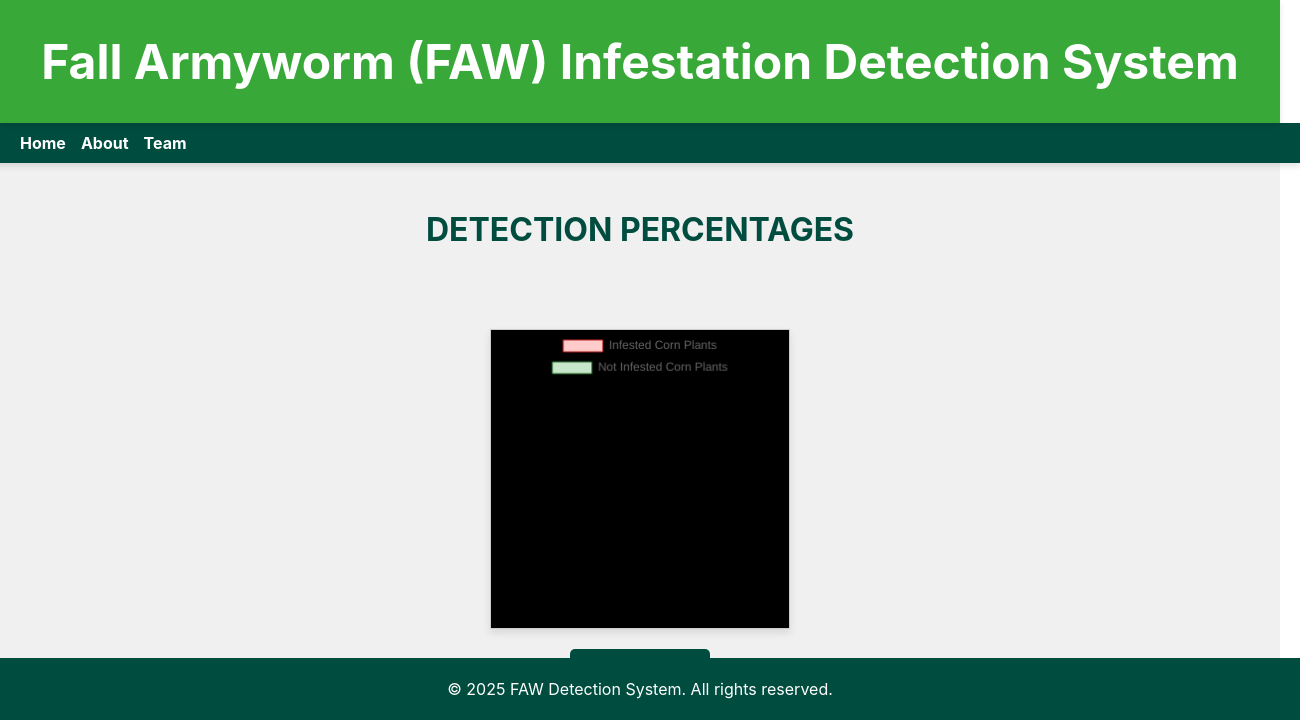
Repository: jansen223/faw-detection-main
Page: /percentages
The author's editor kept a copy of each file at every save. The page is drawn from the files as they stood at one save, then again after the next save.
The browser window is 1280 px wide. The page is 1300 px wide, so the pictures cover 1300 px, including what lies to the right of the window. The pictures show the whole page.
The page's requests for data from a server got no answer. The project was rebuilt for these pictures with package versions that can differ from the ones it lists, and the page was loaded fresh each time. No one was signed in, and anything a server would have sent is missing. Also part of the build but not shown: src/pages/Home.js, src/pages/About.css, src/pages/About.js, src/pages/Team.css, src/pages/Team.js.

Above is the page before, as saved 2025-04-10 15:06:06.

After the next save:
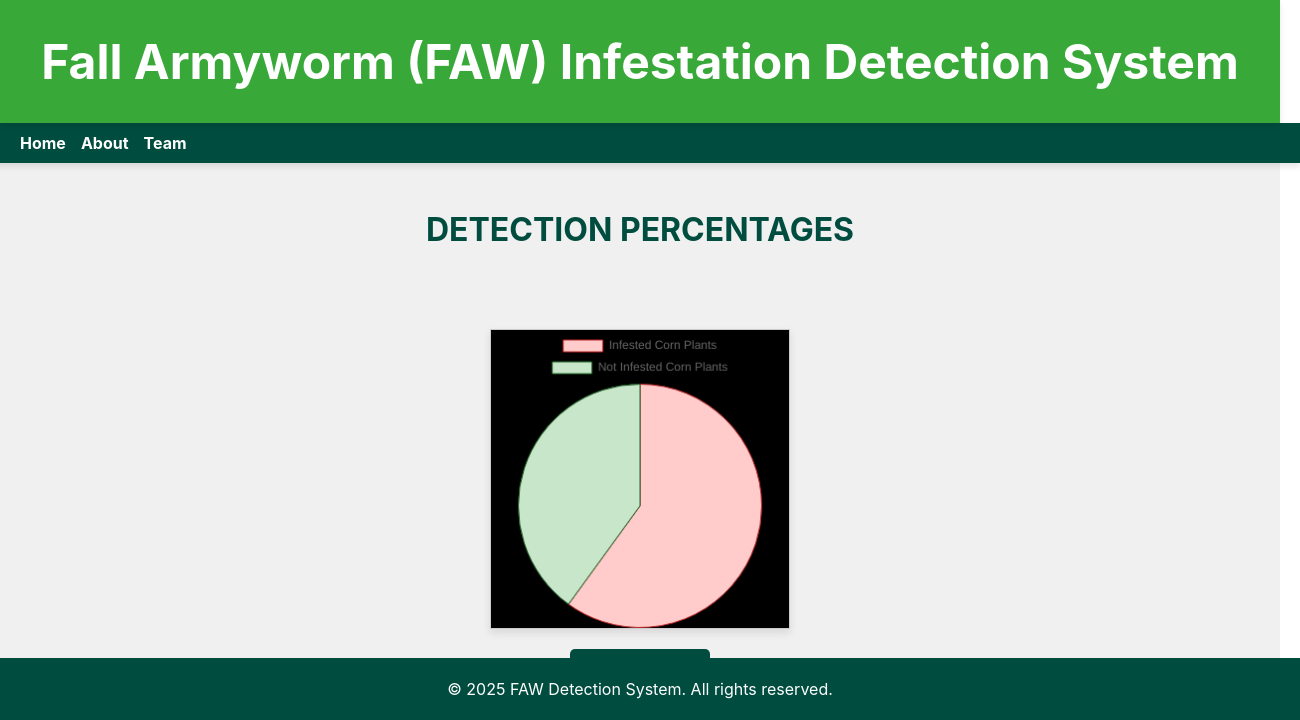
Saved 30 min 44 s later.
--- a/src/pages/Percentages.js
+++ b/src/pages/Percentages.js
@@ -23,7 +23,8 @@ function Percentages({ counts }) {
     labels: ['Infested Corn Plants', 'Not Infested Corn Plants'],
     datasets: [
       {
-        data: [infestedPercentage, notInfestedPercentage],
+        // data: [infestedPercentage, notInfestedPercentage],
+        data: [60, 40],
         backgroundColor: ['#ffcccb', '#c8e6c9'], // Colors for the chart
         borderColor: ['#b71c1c', '#1b5e20'], // Border colors
         borderWidth: 1,
